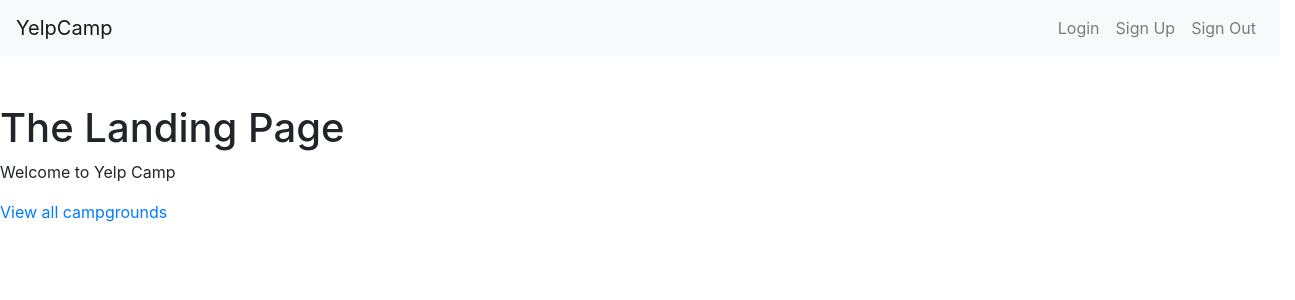
Repository: jbell0385/sandbox
Page: http://localhost/
The author's editor kept a record of every edit. The page is drawn from the files as they stood at one moment, then again after the next edit.
The browser window is 1280 px wide. The page is 1295 px wide, so the pictures cover 1295 px, including what lies to the right of the window. The pictures show the whole page.
The page is served by the project's Node server (YelpCamp/v1/app.js).

Above is the page before.

After the next edit:
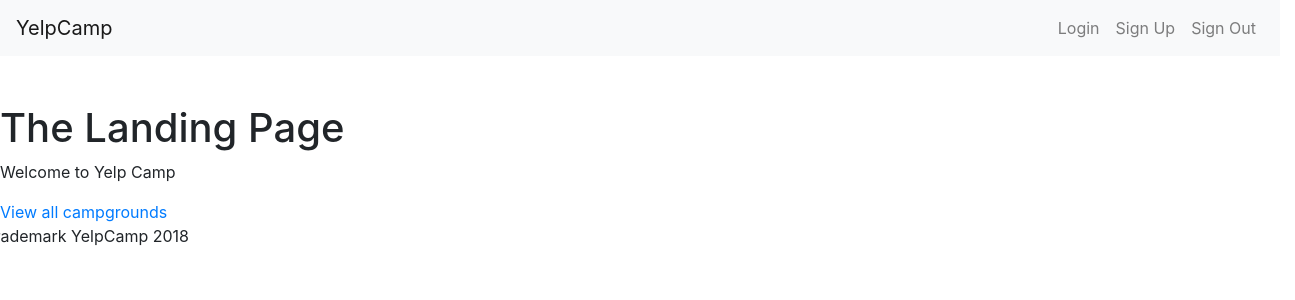
The edit:
--- a/webdevbootcamp/workspace/YelpCamp/v1/views/partials/footer.ejs
+++ b/webdevbootcamp/workspace/YelpCamp/v1/views/partials/footer.ejs
@@ -1,3 +1,8 @@
 
+    <footer class="row">
+
+    </div>
+    <p>Trademark YelpCamp 2018</p>
+    </div>
     </body>
 </html>

After the edit that followed:
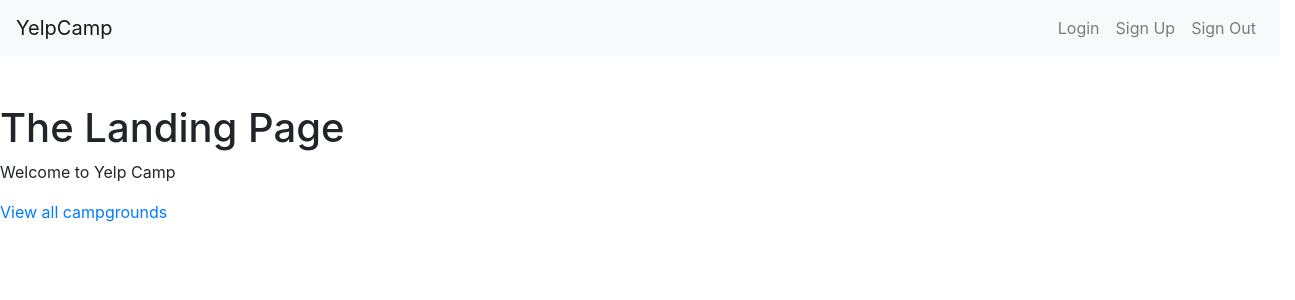
The edit:
--- a/webdevbootcamp/workspace/YelpCamp/v1/views/partials/footer.ejs
+++ b/webdevbootcamp/workspace/YelpCamp/v1/views/partials/footer.ejs
@@ -1,8 +1,8 @@
 
     <footer class="row">
 
-    </div>
-    <p>Trademark YelpCamp 2018</p>
+    </footer>
+
     </div>
     </body>
 </html>
